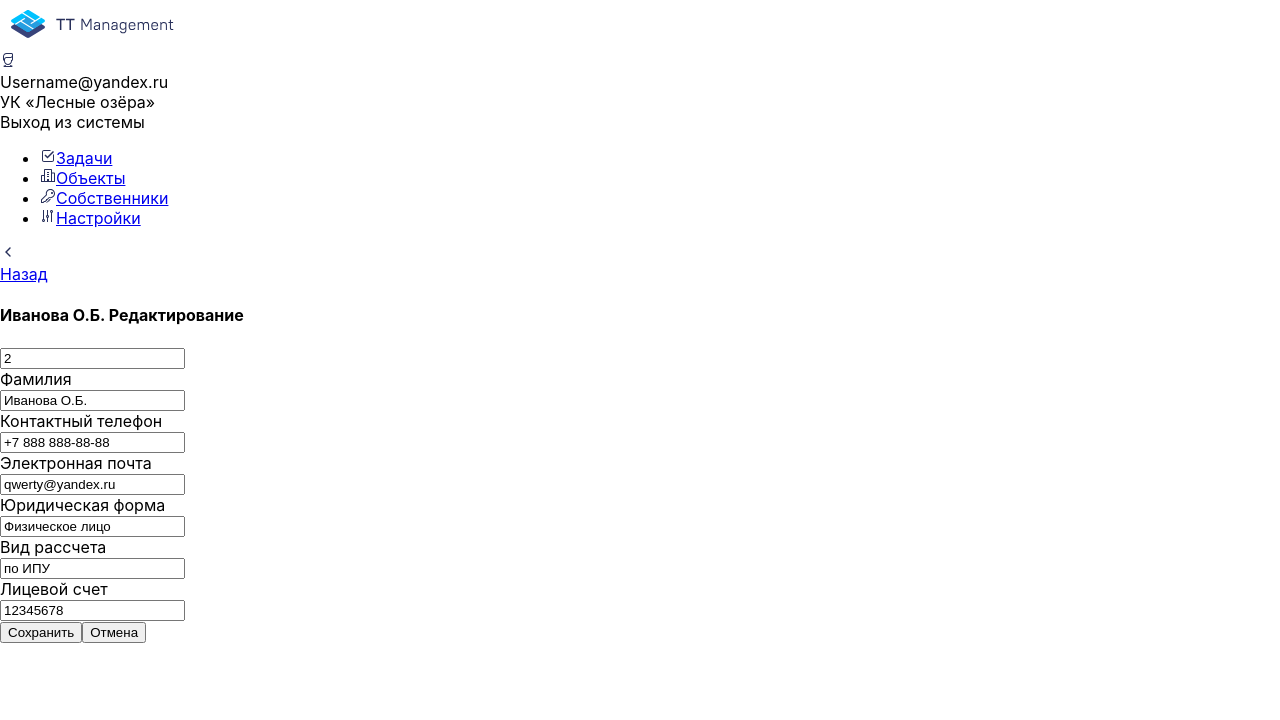
Repository: TryBr/tt-management
Page: /owners/1/edit
An editor plug-in stored every save of this project. The page is shown before and after the next save, followed by the edit.
The browser window is 1280 px wide. The pictures show the whole page.
The project was rebuilt for these pictures with package versions that can differ from the ones it lists, and the page was loaded fresh each time. Also part of the build but not shown: src/App.css, src/TaskDetail.js, src/Owners.js, src/OwnerDetail.js.

Above is the page before, as saved 2020-07-21 13:38:04.

### public/index.html
<!DOCTYPE html>
<html lang="en">
  <head>
    <meta charset="utf-8" />
    <link rel="icon" href="%PUBLIC_URL%/favicon.ico" />
    <meta name="viewport" content="width=device-width, initial-scale=1" />
    <meta name="theme-color" content="#000000" />
    <meta
      name="description"
      content="Web site created using create-react-app"
    />
    <link rel="apple-touch-icon" href="%PUBLIC_URL%/logo192.png" />
    <!--
      manifest.json provides metadata used when your web app is installed on a
      user's mobile device or desktop. See https://developers.google.com/web/fundamentals/web-app-manifest/
    -->
    <link rel="manifest" href="%PUBLIC_URL%/manifest.json" />
    <!--
      Notice the use of %PUBLIC_URL% in the tags above.
      It will be replaced with the URL of the `public` folder during the build.
      Only files inside the `public` folder can be referenced from the HTML.

      Unlike "/favicon.ico" or "favicon.ico", "%PUBLIC_URL%/favicon.ico" will
      work correctly both with client-side routing and a non-root public URL.
      Learn how to configure a non-root public URL by running `npm run build`.
    -->
    <title>TT Management</title>
  </head>
  <body>
    <noscript>You need to enable JavaScript to run this app.</noscript>
    <div id="root"></div>
    <!--
      This HTML file is a template.
      If you open it directly in the browser, you will see an empty page.

      You can add webfonts, meta tags, or analytics to this file.
      The build step will place the bundled scripts into the <body> tag.

      To begin the development, run `npm start` or `yarn start`.
      To create a production bundle, use `npm run build` or `yarn build`.
    -->
  </body>
</html>

### src/OwnerEdit.js
import React, { Fragment, useState } from "react";

import { PageHeader, Row, Col, Form, Button, Input } from 'antd';


import {
    Link,
    useParams,
    useRouteMatch,
    useHistory
} from "react-router-dom";

const BackIcon = () => (
    <svg width="16" height="16" viewBox="0 0 16 16" fill="none" xmlns="http://www.w3.org/2000/svg">
    <path fill-rule="evenodd" clip-rule="evenodd" d="M9.5 3.49994C9.77614 3.2238 10.2239 3.2238 10.5 3.49994C10.7761 3.77608 10.7761 4.2238 10.5 4.49994L7 7.99994L10.5 11.4999C10.7761 11.7761 10.7761 12.2238 10.5 12.4999C10.2239 12.7761 9.77614 12.7761 9.5 12.4999L5 7.99994L9.5 3.49994Z" fill="#272F5A"/>
    </svg>
);

const OwnerEdit = ({ owner, onOwnEdit }) => {

    let { id } = useParams();
    let { url } = useRouteMatch();
    const history = useHistory();

    const onFinish = data => {
        onOwnEdit(data, id);
        history.push("/owners");
    };

    return (

        <div className="owner-detail">
            <Link to={`/owners/${id}`}>
                <PageHeader
                    className="site-page-header"
                    onBack={() => null}
                    title="Назад"
                    backIcon={<BackIcon />}
                />
            </Link>
            <h1 className="page-title">{owner[id].fio} Редактирование</h1>

            <Row>
                <Col span={12}>
                        <Form layout={"vertical"} size={"middle"} onFinish={onFinish}>
                            <Form.Item name="id" initialValue={owner[id].id} hidden="true">
                                <Input />
                            </Form.Item>
                            {/* <Form.Item label="Имя" name="name" initialValue={owner[id].fio} >
                                <Input />
                            </Form.Item> */}
                            <Form.Item label="Фамилия" name="fio" initialValue={owner[id].fio}>
                                <Input />
                            </Form.Item>
                            {/* <Form.Item label="Отчество" name="patronymic" initialValue={owner[id].fio}>
                                <Input />
                            </Form.Item> */}
                            <Form.Item label="Контактный телефон" name="phone" initialValue={owner[id].phone}>
                                <Input />
                            </Form.Item>
                            <Form.Item label="Электронная почта" name="email" initialValue={owner[id].email}>
                                <Input />
                            </Form.Item>
                            <Form.Item label="Юридическая форма" name="legalform" initialValue={owner[id].legalForm}>
                                <Input />
                            </Form.Item>
                            <Form.Item label="Вид рассчета" name="paytype" initialValue={owner[id].payType}>
                                <Input />
                            </Form.Item>
                            <Form.Item label="Лицевой счет" name="accountnumber" initialValue={owner[id].accountNumber}>
                                <Input />
                            </Form.Item>

                            <Form.Item>
                                <Button type="primary" htmlType="submit">Сохранить</Button>
                                <Button type="default">Отмена</Button>
                            </Form.Item>
                        </Form>
                </Col>
            </Row>

        </div>
    );

}

export default OwnerEdit;

Loaded but not shown: src/index.js (common file); src/index.css (common file); src/serviceWorker.js (common file); src/App.js (211 lines, source omitted)

After the next save:
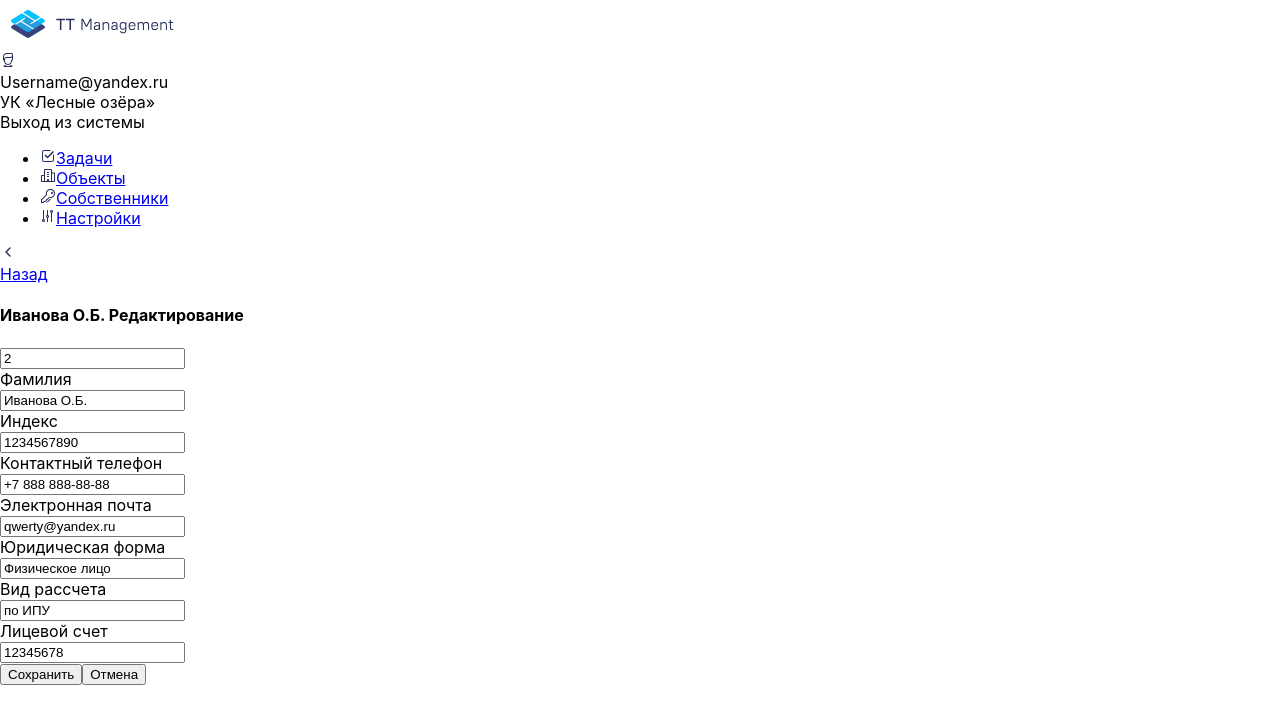
Saved 46 s later.
--- a/src/OwnerEdit.js
+++ b/src/OwnerEdit.js
@@ -55,6 +55,9 @@ const OwnerEdit = ({ owner, onOwnEdit }) => {
                             {/* <Form.Item label="Отчество" name="patronymic" initialValue={owner[id].fio}>
                                 <Input />
                             </Form.Item> */}
+                            <Form.Item label="Индекс" name="post" initialValue={owner[id].post}>
+                                <Input />
+                            </Form.Item>
                             <Form.Item label="Контактный телефон" name="phone" initialValue={owner[id].phone}>
                                 <Input />
                             </Form.Item>
